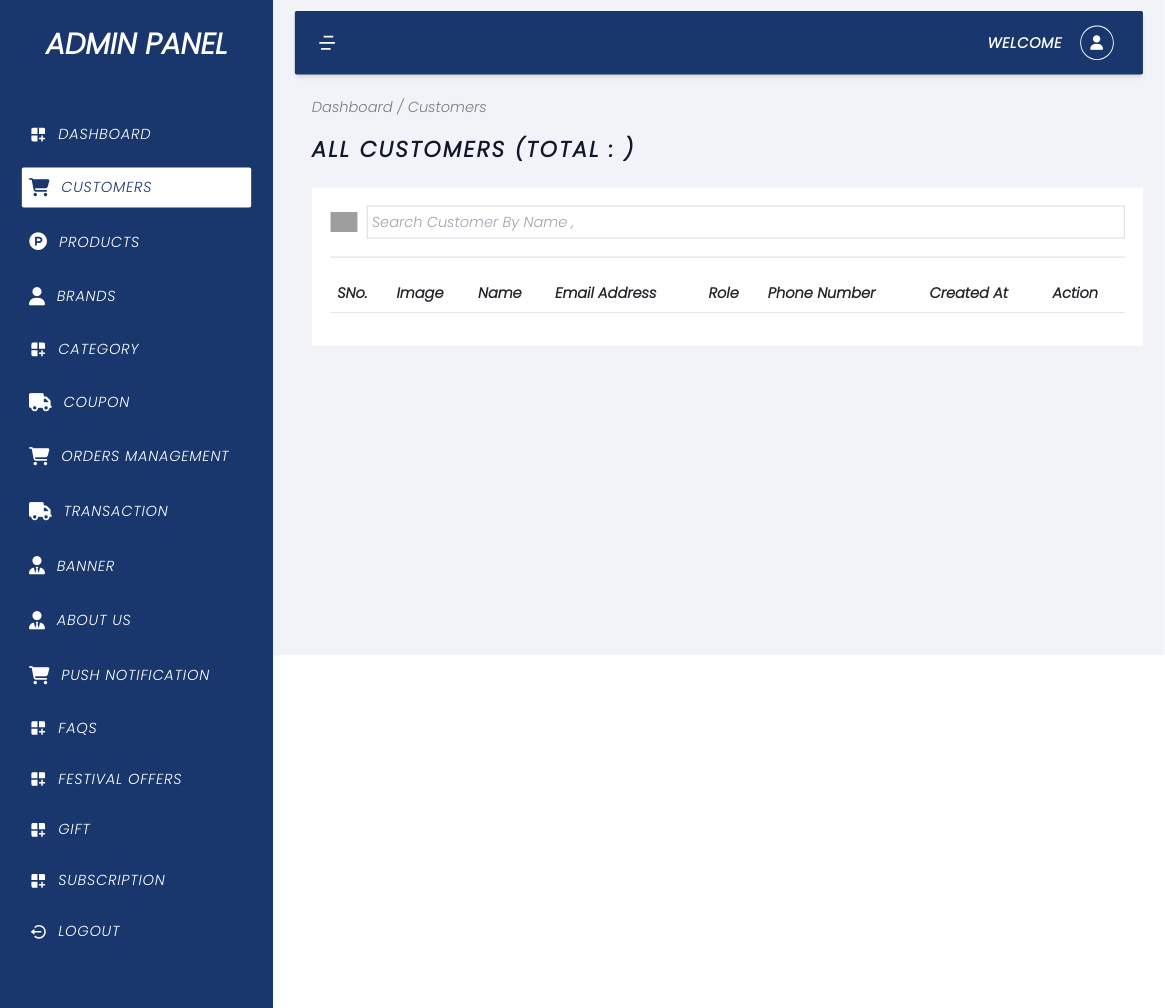
Repository: FlyweisReact/AnilAdminPanel
Page: /Customer
These files come from the project's save history. The page is drawn as it stood at one moment and after a run of saves; the edit follows.
The browser window is 1280 px wide. The pictures show the whole page, at 91% of full size.
Pictures or frames that could not be fetched are drawn as grey boxes. The page's requests for data from a server got no answer. Some web libraries are served in a nearby version. The project was rebuilt for these pictures with package versions that can differ from the ones it lists, and the page was loaded fresh each time. No one was signed in, and anything a server would have sent is missing. Also part of the build but not shown: src/E-CommerceAdmin/forms/Login.jsx, src/E-CommerceAdmin/pages/ECategory.js, src/E-CommerceAdmin/pages/EProduct.js, src/E-CommerceAdmin/pages/EAdminOrders.js, src/E-CommerceAdmin/pages/EAdminDelivery.js, src/E-CommerceAdmin/pages/EAdmin.js, src/E-CommerceAdmin/pages/ESubCategory.js, src/E-CommerceAdmin/pages/PushNotification.js and 6 more.

Above is the page before, as saved 2023-05-04 14:54:48.

### public/index.html
<!-- @format -->

<!DOCTYPE html>
<html lang="en">
  <head>
    <meta charset="utf-8" />
    <meta name="viewport" content="width=device-width, initial-scale=1" />
    <meta name="theme-color" content="#000000" />
    <meta
      name="description"
      content="Web site created using create-react-app"
    />
    <link rel="apple-touch-icon" href="%PUBLIC_URL%/favicon.ico?v=2" />
    <link rel="manifest" href="%PUBLIC_URL%/manifest.json" />
    <link rel="preconnect" href="https://fonts.googleapis.com">
<link rel="preconnect" href="https://fonts.gstatic.com" crossorigin>
<link href="https://fonts.googleapis.com/css2?family=Roboto+Mono:ital,wght@1,300&display=swap" rel="stylesheet">
    <title>Anil Admin Panel</title>
  </head>
  <body>
    <noscript>You need to enable JavaScript to run this app.</noscript>
    <div id="root"></div>
    <script src="https://code.jquery.com/jquery-3.6.0.min.js"></script>
    <script src="https://kit.fontawesome.com/b533b351e4.js" crossorigin="anonymous"></script>
  </body>
</html>

### src/index.js
import React from "react";
import ReactDOM from "react-dom/client";
import "./index.css";
import App from "./App";
import { BrowserRouter } from "react-router-dom";
import 'bootstrap/dist/css/bootstrap.min.css'

const root = ReactDOM.createRoot(document.getElementById("root"));
root.render(
  <React.StrictMode>
    <BrowserRouter>
      <App />
    </BrowserRouter>
  </React.StrictMode>
);

### src/index.css
/** @format */

@tailwind base;
@tailwind components;
@tailwind utilities;

@import url("https://fonts.googleapis.com/css2?family=Roboto+Mono:ital,wght@1,300&display=swap");
@font-face {
  font-family: Roboto;
  src: url("./Fonts/Poppins-LightItalic.ttf");
}
body {
  margin: 0;
  font-family: Roboto !important;
  -webkit-font-smoothing: antialiased;
  -moz-osx-font-smoothing: grayscale;
}

code {
  font-family: Roboto !important;
}

html {
  font-family: Roboto !important;
}

::-webkit-scrollbar {
  width: 10px;
}
.fa-trash {
  color: red;
  cursor: pointer;
}

.iCOn {
  transition: 0.5s;
  box-shadow: none;
  transform: scale(1);
}
.cardDiv {
  cursor: pointer;
}

.cardDiv:hover .iCOn {
  box-shadow: rgba(0, 0, 0, 0.35) 0px 5px 15px;
  transform: scale(1.3);
}

/* Track */
::-webkit-scrollbar-track {
  background: #f1f1f1;
}

/* Handle */
::-webkit-scrollbar-thumb {
  background: #888;
}

/* Handle on hover */
::-webkit-scrollbar-thumb:hover {
  background: #555;
}
.profileImage {
  width: 100px;
}
.fa-eye {
  color: #029aff;
  cursor: pointer;
}
.fa-edit {
  cursor: pointer;
  color: blue;
}

.View {
  border: 1px solid black;
  width: 100%;
  padding: 10px;
}

.main-card--container {
  display: grid;
  grid-template-columns: repeat(3, minmax(300px, 500px));
  grid-gap: 50px;
  justify-content: space-around;
}
.card-container {
  margin: 25px 0 auto;
  box-shadow: rgba(0, 0, 0, 0.35) 0px 5px 15px;
  position: relative;
  display: grid;
  grid-template-columns: 1fr;
  justify-content: space-around;
  align-items: flex-start;
}

.gridCont{
  display: grid;
  grid-template-columns: auto auto auto;
  justify-content: space-evenly;
  gap: 20px;
}
.gridCont div img{
  width: 300px;
  height: 200px;
}
.gridCont div p{
  margin: 0;
}
.gridCont div{
  padding: 10px;
  box-shadow: rgba(0, 0, 0, 0.35) 0px 5px 15px;
}
.gridCont div .head{
  font-weight: bold;
}
.gridCont div button{
  width: 100%;
  margin-top: 10px;

  border-radius: 0px;
  margin-bottom: 10px;
}



.myEdit:focus {
  box-shadow: rgba(0, 0, 0, 0.35) 0px 5px 15px;
}

.AstroLogin {
  color: #fff;
  background-color: #2b7a8e;
  padding: 10px;
  width: 380px;
  text-align: center;
  font-size: 20px;
  background: linear-gradient(to left, #2b7a8e 50%, #fff 50%) right;
  background-size: 200%;
  transition: 0.5s ease-out;
  border: 1px solid #2b7a8e;
  margin-top: 10px;
  text-transform: uppercase;
}
.AstroLogin:hover {
  background-position: left;
  color: #2b7a8e;
}

.EcommerceAdminLogin {
  color: #fff;
  background-color: #19376d;
  padding: 10px;
  width: 380px;
  text-align: center;
  font-size: 20px;
  background: linear-gradient(to left, #19376d 50%, #fff 50%) right;
  background-size: 200%;
  transition: 0.5s ease-out;
  border: 1px solid #19376d;
  margin-top: 10px;
  text-transform: uppercase;
}

.EcommerceAdminLogin:hover {
  background-position: left;
  color: #19376d;
}
.EcommerceVendorLogin {
  color: #fff;
  background-color: #576cbc;
  padding: 10px;
  width: 380px;
  text-align: center;
  font-size: 20px;
  background: linear-gradient(to left, #576cbc 50%, #fff 50%) right;
  background-size: 200%;
  transition: 0.5s ease-out;
  border: 1px solid #576cbc;
  margin-top: 10px;
  text-transform: uppercase;
}

.EcommerceVendorLogin:hover {
  background-position: left;
  color: #576cbc;
}

.view {
  background-color: #2196f3;
  color: #fff;
  width: 50%;
  padding: 5px;
}

.two-sec {
  display: flex;
  justify-content: space-evenly;
  justify-content: space-evenly;
}
.two-sec .left {
  width: 60%;
  background-color: #f6f1ef;
  padding: 20px;
}
.two-sec .left .head {
  font-size: 25px;
  font-weight: bold;
}

.two-sec .right {
  width: 30%;
  background-color: #f6f1ef;
}

.searchDiv {
  width: 100%;
  display: flex;
  gap: 10px;
  border: 1px solid rgb(179, 179, 179);
  padding: 10px;
  margin-bottom: 20px;
  align-items: center;
}
.searchDiv input {
  width: 94%;
  outline: none;
  border: none;
}

.flexCont {
  display: flex;
  align-items: center;
  gap: 10px;
}
.flexCont img {
  width: 60px;
  background-color: #e9ecef;
}

.blockContent {
  display: block;
}
.blockContent p {
  margin: 0;
}

.checkBox {
  width: 50px;
  height: 25px;
  background-color: #e9ecef;
  border-radius: 50px;
  position: relative;
  cursor: pointer;
}
.checkBox span {
  width: 20px;
  height: 20px;
  border-radius: 100%;
  background-color: #fff;
  position: absolute;
  left: 5px;
  top: 2px;
}
.ActivecheckBox {
  width: 50px;
  height: 25px;
  background-color: #0d6efd;
  border-radius: 50px;
  position: relative;
  cursor: pointer;
}
.ActivecheckBox span {
  width: 20px;
  height: 20px;
  border-radius: 100%;
  background-color: #fff;
  position: absolute;
  right: 5px;
  top: 2px;
}

.fa-eye {
  color: #0cba73;
  background-color: #d6f8e8;
  width: 40px;
  text-align: center;
  height: 40px;
  display: flex;
  border-radius: 100%;
  justify-content: center;
  padding-top: 10px;
  transition: 0.5s;
}

.fa-pen-to-square {
  color: #f4c39c;
  background-color: #ffebdb;
  width: 40px;
  text-align: center;
  height: 40px;
  display: flex;
  border-radius: 100%;
  justify-content: center;
  padding-top: 10px;
  cursor: pointer;
  transition: 0.5s;
}
.fa-trash {
  color: #df939f;
  background-color: #ffe1e8;
  width: 40px;
  text-align: center;
  height: 40px;
  display: flex;
  border-radius: 100%;
  justify-content: center;
  padding-top: 10px;
  cursor: pointer;
  transition: 0.5s;
}
.fa-trash:hover {
  transform: scale(1.2);
}
.fa-eye:hover {
  transform: scale(1.2);
}
.fa-pen-to-square:hover {
  transform: scale(1.2);
}
.required {
  color: #e74260;
}

.headP {
  margin-left: 2%;
  color: #7b7c7d;
}
.filterBox {
  display: flex;
  align-items: center;
  gap: 10px;
  border-bottom: 1px solid #d4d7dc;
  padding-bottom: 20px;
  margin-bottom: 20px;
}
.filterBox img {
  width: 30px;
}
.filterBox input {
  width: 100%;
  border: 1px solid #d4d7dc;
  outline: none;
  padding: 5px;
  color: black;
}
.sectionCont {
  width: 98%;
  background-color: #fff;
  margin-left: 2%;
  padding: 20px;
}

.overFlowCont {
  width: 100%;
  overflow-x: auto;
}

.UserProfile {
  border: 1px solid #fff;
  padding: 10px;
  border-radius: 100%;
  transition: 0.5s;
  margin-left: 20px;
  cursor: pointer;
}

.UserProfile:hover {
  background-color: #fff;
  color: #000;
}

.submitBtn{
  border-radius: 0 !important;
  background-color: #19376d !important  ;

}

.pagination{
display: flex;
justify-content: center;
align-items: center;
gap: 10px;
margin-bottom: 20px;
}
.pagination button{
  border: 1px solid black;
  padding: 10px;
}

.activePage{
  background-color: #19376d;
  color: #fff;
  border: 1px solid #19376d  !important;
}

.active{
  background-color: #fff;
  color:#19376d !important
}
.prevBtn{
  background-color: #fff;
  color: #19376d;
  border: 1px solid #19376d  !important;
  transition: 0.5s;
}

.prevBtn:hover , .prevBtn:focus , .prevBtn:active{
  background-color: #19376d;
  color: #fff;
  border: 1px solid #19376d  !important;
}
.prevBtn{
  background-color: #fff;
  color: #19376d;
  border: 1px solid #19376d  !important;
  transition: 0.5s;
}

.prevBtn:hover , .prevBtn:focus , .prevBtn:active{
  background-color: #19376d;
  color: #fff;
  border: 1px solid #19376d  !important;
}

### src/E-CommerceAdmin/pages/EAdminCustomer.js
/** @format */

import axios from "axios";
import React, { useEffect, useState } from "react";
import { Table } from "react-bootstrap";
import { toast } from "react-toastify";
import HOC from "../layout/HOC";

const EAdminCustomer = () => {
  const [ data , setData ] = useState([])
  const [ query , setQuery ] = useState('')
  // Pagination
  const [currentPage2, setCurrentPage2] = useState(1);
  const [postPerPage2] = useState(5);
  const lastPostIndex2 = currentPage2 * postPerPage2;
  const firstPostIndex2 = lastPostIndex2 - postPerPage2;

  let pages2 = [];

  const TotolData = query
    ?
    data?.filter((i) =>
    i?.name?.toLowerCase().includes(query?.toLowerCase()) ||
    i?.phone?.toString()?.toLowerCase().includes(query?.toLowerCase()) ||
    i?.email?.toLowerCase().includes(query?.toLowerCase())
    )
    : data;

    useEffect(() => {
      if(query) {
        setCurrentPage2(1)
      }
    },[ query])

  const slicedData = TotolData?.slice(firstPostIndex2, lastPostIndex2);

  for (let i = 1; i <= Math.ceil(TotolData?.length / postPerPage2); i++) {
    pages2.push(i);
  }

  function Next() {
    setCurrentPage2(currentPage2 + 1);
  }

  function Prev() {
    if (currentPage2 !== 1) {
      setCurrentPage2(currentPage2 - 1);
    }
  }


  const fetchData = async () => {
    try {
      const { data } = await axios.get(" https://xw9mf13nwl.execute-api.ap-south-1.amazonaws.com/dev/api/v1/users")
      setData(data.data)
    }catch(e) {
      console.log(e)
    }
  }

  useEffect(() => {
    fetchData()
  },[])


  // const filterData = !query
  // ? data?.data
  // : data?.data?.filter(
  //     (i) =>

  //   );

  const deleteHandler = async (id) => {
    try {
      const { data } = await axios.delete(` https://xw9mf13nwl.execute-api.ap-south-1.amazonaws.com/dev/api/v1/users/${id}`)
      toast.success(data.message)
      fetchData()
    }catch(e) {
      console.log(e)
    }
  }


  return (
    <>
      <p className="headP">Dashboard / Customers</p>
        <div className="pb-4 sticky top-0  w-full flex justify-between items-center" style={{ width: "98%", marginLeft: "2%" }}>
          <span className="tracking-widest text-slate-900 font-semibold uppercase " style={{ fontSize: "1.5rem" }}>
            All Customers (Total : {data?.data?.length})
          </span>
        </div>


        <section className="sectionCont">
        <div className="filterBox">
          <img
            src="https://t4.ftcdn.net/jpg/01/41/97/61/360_F_141976137_kQrdYIvfn3e0RT1EWbZOmQciOKLMgCwG.jpg"
            alt=""
          />
          <input
            type="search"
            placeholder="Search Customer By Name , "
            onChange={(e) => setQuery(e.target.value)}
            value={query}
          />
        </div>

        <div className="overFlowCont">
          <Table >
            <thead>
              <tr>
                <th>SNo.</th>
                <th>Image</th>
                <th>Name</th>
                <th>Email Address</th>
                <th> Role </th>
                <th> Phone Number </th>
                <th> Created At </th>
                <th>Action</th>
              </tr>
            </thead>
            <tbody>
            {slicedData?.map(( i ,index) => (
              <tr key={index}>
                <td>#{index + 1} </td>
                <td>
                  <img
                    src={i.profile ? i.profile : "https://images.unsplash.com/photo-1633332755192-727a05c4013d?ixlib=rb-4.0.3&ixid=MnwxMjA3fDB8MHxzZWFyY2h8Mnx8dXNlcnxlbnwwfHwwfHw%3D&w=1000&q=80"}
                    alt=""
                    style={{ width: "60px" }}
                  />
                </td>
                <td> {i.name} </td>
                <td> {i.email} </td>
                <td> {i.role} </td>
                <td> {i.phone} </td>
                <td> {i.createdAt?.slice(0,10)} </td>
                <td>
                  <i className="fa-solid fa-trash" onClick={() => deleteHandler(i._id)} />
                </td>
              </tr>
            ))}

            </tbody>
          </Table>
        </div>
        </section>
      </>
  );
};

export default HOC(EAdminCustomer);

### src/E-CommerceAdmin/layout/HOC.jsx
/** @format */

import React, { useState } from "react";
import Navbar from "./Navbar";
import Sidebar from "./Sidebar";

const HOC = (Wcomponenet) => {
  return function Component() {
    const [hamb, setHamb] = useState(false);
    return (
      <>
        <section className="flex overflow-x-hidden relative ">
          {/* Sidebar */}
          <div
            className={
              hamb
                ? " absolute top-0 z-30 md:w-auto shadow-md bg-slate-200  w-60 transition-all md:-left-full left duration-150  h-auto overflow-y-auto  left-0 "
                : " md:w-72 z-30 bg-slate-200  shadow-md  md:static absolute top-0 -left-full   transition-all duration-150  overflow-y-auto h-auto"
            }
            style={{ minWidth: "300px" }}
          >
            <Sidebar hamb={hamb} setHamb={setHamb} />
          </div>
          {/* Components & Navbar */}
          <div
            className={
              hamb
                ? " transition-all px-4 py-2  duration-150 w-full h-screen"
                : " w-full h-screen  px-4 py-2   z-50 transition-all duration-150 "
            }
            style={{backgroundColor : '#f2f3f8'}}
          >
            <Navbar hamb={hamb} setHamb={setHamb} />
            <div className="my-6 text-#000 h-[87%] wcomp overflow-y-auto">
              {" "}
              <Wcomponenet />
            </div>
          </div>
        </section>
      </>
    );
  };
};

export default HOC;

### src/E-CommerceAdmin/layout/Navbar.jsx
/** @format */

import { useState } from "react";
import { RiMenu4Line } from "react-icons/ri";
import { ProfileUpdate } from "../Modals/Modals";

const Navbar = ({ hamb, setHamb }) => {
  const [openProfile, setOpenProfile] = useState(false);

  return (
    <>
      <ProfileUpdate show={openProfile} onHide={() => setOpenProfile(false)} />

      <div
        className={
          hamb
            ? "flex  w-full justify-between  my-1 rounded-sm  p-4 py-3 shadow-md items-center  bg-slate-200 space-x-4"
            : "flex  w-full justify-between my-1 rounded-sm  p-4 py-3 shadow-md items-center  bg-slate-200 space-x-4"
        }
        style={{ backgroundColor: "#19376d" }}
      >
        <RiMenu4Line
          onClick={() => setHamb(!hamb)}
          className="text-2xl font-bold text-gray-900 hover:scale-90 cursor-pointer"
          style={{ color: "#fff" }}
        />

        <section className="flex sm:ml-auto justify-end sm:w-full items-center space-x-2  pr-2">
          <figcaption className="tracking-wider pl-1 font-semibold">
            <div
              className="lg:text-base text-sm text-gray-900  uppercase"
              style={{ color: "#fff" }}
            >
              Welcome
              <i
                className="fa-solid fa-user UserProfile"
                onClick={() => setOpenProfile(!openProfile)}
              ></i>
            </div>
          </figcaption>
        </section>
      </div>
    </>
  );
};

export default Navbar;

### src/E-CommerceAdmin/layout/Sidebar.jsx
/** @format */

import React from "react";
import { RiCloseLine } from "react-icons/ri";
import { Link, useLocation, useNavigate } from "react-router-dom";
import { BiLogOutCircle } from "react-icons/bi";
import { MdDashboardCustomize } from "react-icons/md";

const Sidebar = ({ hamb, setHamb }) => {
  const navigate = useNavigate();
  const location = useLocation();

  const nav = [
    {
      icon: <MdDashboardCustomize className="text-xl mr-3 rounded-full " />,
      link: "/E-Commerce/dashboard",
      name: "Dashboard",
    },

    {
      icon: (
        <i className="fa-solid fa-cart-shopping text-xl mr-3 rounded-full"></i>
      ),
      link: "/Customer",
      name: "Customers",
    },

    {
      icon: (
        <i className="fa-brands fa-product-hunt text-xl mr-3 rounded-full"></i>
      ),
      link: "/Product",
      name: "Products",
    },

    {
      icon: <i class="fa-solid fa-user text-xl mr-3 rounded-full"></i>,
      link: "/Brands",
      name: "Brands",
    },
    {
      icon: <MdDashboardCustomize className="text-xl mr-3 rounded-full " />,
      link: "/Category",
      name: "Category",
    },
    {
      icon: <i class="fa-solid fa-truck  text-xl mr-3 rounded-full"></i>,
      link: "/Coupon",
      name: "Coupon",
    },

    {
      icon: (
        <i className="fa-solid fa-cart-shopping text-xl mr-3 rounded-full"></i>
      ),
      link: "/Orders",
      name: "Orders Management",
    },
    {
      icon: <i class="fa-solid fa-truck  text-xl mr-3 rounded-full"></i>,
      link: "/Transation",
      name: "Transaction",
    },

    {
      icon: <i class="fa-solid fa-user-tie text-xl mr-3 rounded-full"></i>,
      link: "/Banner",
      name: "Banner",
    },
    {
      icon: <i class="fa-solid fa-user-tie text-xl mr-3 rounded-full"></i>,
      link: "/About",
      name: "About Us",
    },

    {
      icon: (
        <i className="fa-solid fa-cart-shopping text-xl mr-3 rounded-full"></i>
      ),
      link: "/Notification",
      name: "Push Notification",
    },

    {
      icon: <MdDashboardCustomize className="text-xl mr-3 rounded-full " />,
      link: "/Faqs",
      name: "FAQS",
    },
    {
      icon: <MdDashboardCustomize className="text-xl mr-3 rounded-full " />,
      link: "/wholeSale",
      name: "Festival Offers",
    },
    {
      icon: <MdDashboardCustomize className="text-xl mr-3 rounded-full " />,
      link: "/gift",
      name: "Gift ",
    },
    {
      icon: <MdDashboardCustomize className="text-xl mr-3 rounded-full " />,
      link: "/subs",
      name: "Subscription",
    },
  ];

  const logOut = () => {
    navigate("/");
  };

  return (
    <>
      <aside
        className="p-4 h-auto"
        style={{ backgroundColor: "#19376d", minHeight: "100vh" }}
      >
        {/* Top */}
        <div className="w-full md:hidden relative  p-2 mb-4">
          <RiCloseLine
            onClick={() => setHamb(!hamb)}
            className="text-3xl  absolute top-2 sm:hover:rotate-[228deg] transition-transform font-bold right-2 sm:hover:text-[22px] text-[rgb(241,146,46)] cursor-pointer"
          />
        </div>{" "}
        <figure className="flex  flex-col items-center">
          <span
            className="font-bold text-[#fff]"
            style={{
              fontSize: "2rem",
              textAlign: "center",
              textTransform: "uppercase",
            }}
          >
            ADMIN PANEL
          </span>
        </figure>
        <nav className="py-6">
          {nav.map((nav) => {
            return (
              <Link
                to={nav.link}
                key={nav.name}
                className=""
                style={{ textDecoration: "none", textTransform: "uppercase" }}
              >
                <span
                  className={
                    location.pathname === nav.link
                      ? "active flex my-3 items-center cursor-pointer text-gray-900    tracking-wider p-2 rounded-sm "
                      : "flex my-3 items-center cursor-pointer text-gray-900    tracking-wider p-2 rounded-sm "
                  }
                  style={{ color: "#FFF" }}
                >
                  {nav.icon} {nav.name}
                </span>
              </Link>
            );
          })}
          <span
            className="flex my-3 items-center cursor-pointer text-gray-900    tracking-wider p-2 rounded-sm"
            onClick={() => logOut()}
            style={{ color: "#FFF", textTransform: "uppercase" }}
          >
            <BiLogOutCircle className="text-xl mr-3 rounded-full " /> LogOut
          </span>
        </nav>
      </aside>
    </>
  );
};

export default Sidebar;

### src/E-CommerceAdmin/Modals/Modals.js
/** @format */

import { Button, Form, Modal } from "react-bootstrap";

export function ProfileUpdate(props) {
  return (
    <Modal
      {...props}
      size="lg"
      aria-labelledby="contained-modal-title-vcenter"
      centered
    >
      <Modal.Header closeButton>
        <Modal.Title id="contained-modal-title-vcenter">
          Update Profile
        </Modal.Title>
      </Modal.Header>
      <Modal.Body>
        <Form>
          <Form.Group className="mb-3">
            <Form.Label>Name</Form.Label>
            <Form.Control type="text" />
          </Form.Group>
          <Form.Group className="mb-3">
            <Form.Label>Email</Form.Label>
            <Form.Control type="email" />
          </Form.Group>
          <Form.Group className="mb-3">
            <Form.Label>Phone Number</Form.Label>
            <Form.Control type="tel" pattern="[0-9]{10}" />
          </Form.Group>
          <Form.Group className="mb-3">
            <Form.Label>Password</Form.Label>
            <Form.Control type="password" />
          </Form.Group>
          <Button className="submitBtn" >Submit</Button>
        </Form>
      </Modal.Body>
      <Modal.Footer></Modal.Footer>
    </Modal>
  );
}

Loaded but not shown: tailwind.config.js (common file); src/App.js (48 lines, source omitted)

After the next 2 saves:
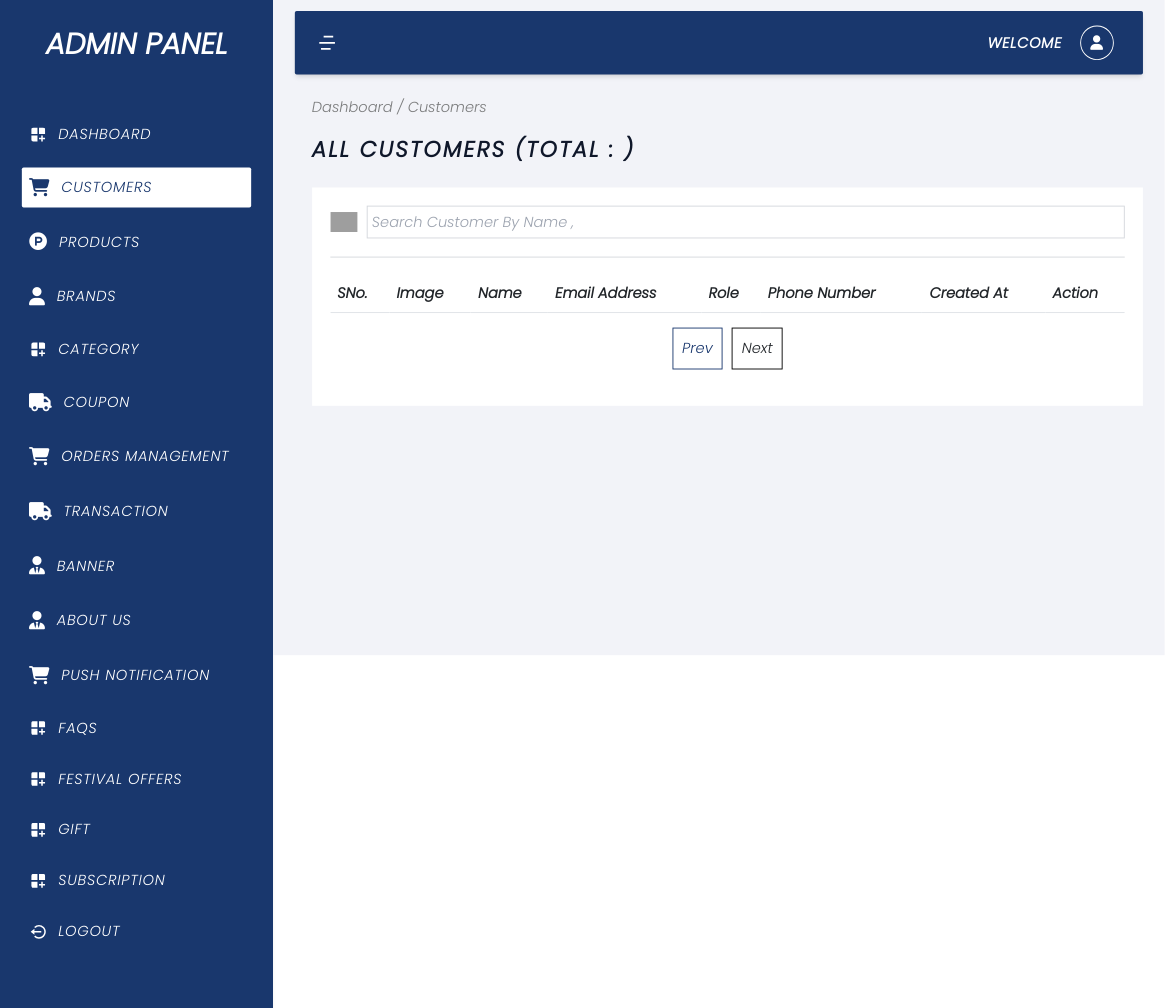
The 2 saves are shown as one change because they came seconds apart.
The last was saved 25 s later.
--- a/src/E-CommerceAdmin/pages/EAdminCustomer.js
+++ b/src/E-CommerceAdmin/pages/EAdminCustomer.js
@@ -140,9 +140,34 @@ const EAdminCustomer = () => {
                 </td>
               </tr>
             ))}
-
             </tbody>
           </Table>
+          <div className="pagination">
+            <button onClick={() => Prev()} className='prevBtn' >Prev</button>
+            {currentPage2 === 1 ? (
+              ""
+            ) : (
+              <button onClick={() => setCurrentPage2(1)}>1</button>
+            )}
+
+            {pages2
+              ?.slice(currentPage2 - 1, currentPage2 + 3)
+              .map((i, index) => (
+                <button
+                  key={index}
+                  onClick={() => setCurrentPage2(i)}
+                  className={currentPage2 === i ? "activePage" : ""}
+                >
+                  {" "}
+                  {i}{" "}
+                </button>
+              ))}
+            {currentPage2 === pages2?.length ? (
+              ""
+            ) : (
+              <button onClick={() => Next()} className='nextBtn'>Next</button>
+            )}
+          </div>
         </div>
         </section>
       </>
